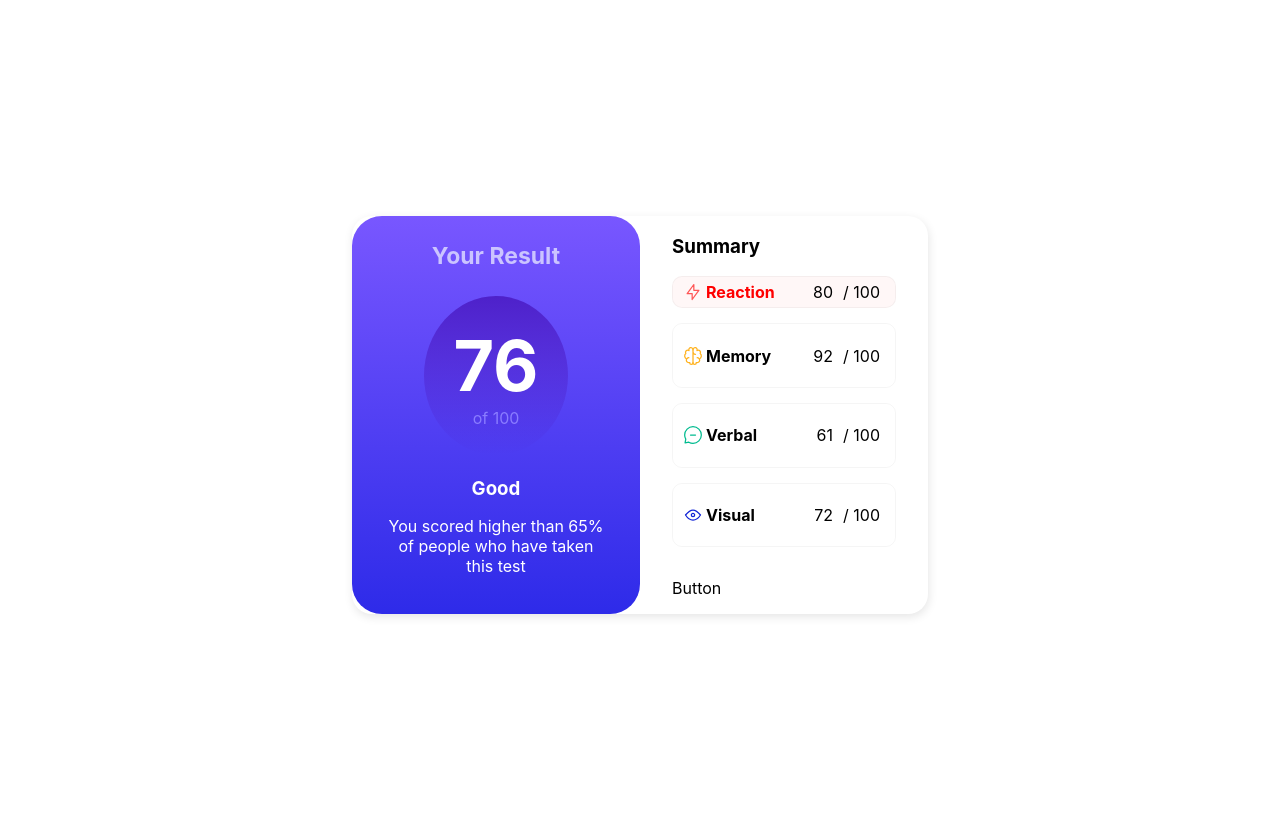
Repository: JeanPaulBassil/Result-Summary-Design
Page: /
An editor plug-in stored every save of this project. The page is shown before and after a run of saves, followed by the edit.
The browser window is 1280 px wide. The pictures show the whole page.
The project was rebuilt for these pictures with package versions that can differ from the ones it lists, and the page was loaded fresh each time.

Above is the page before, as saved 2023-02-24 17:58:42.

After the next 3 saves:
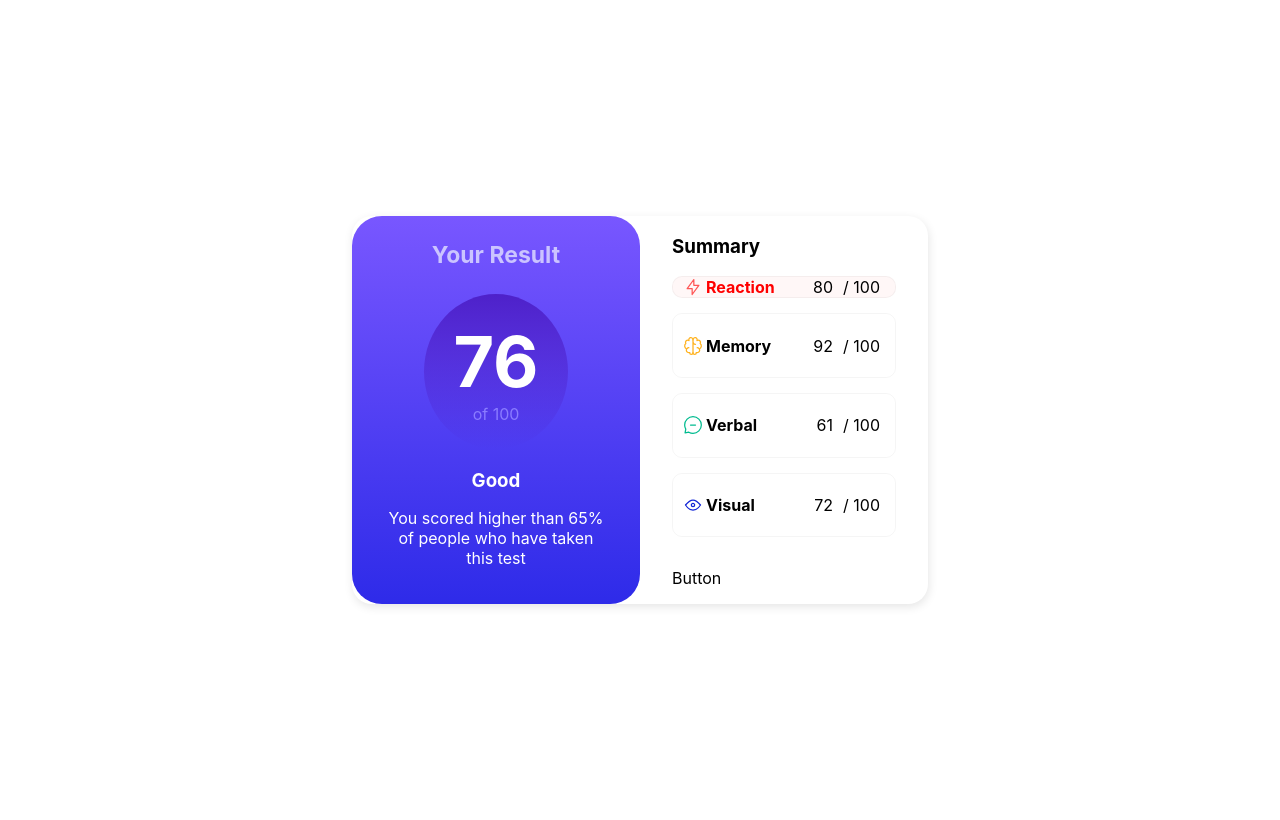
The 3 saves are shown as one change because they came seconds apart.
The last was saved 7 s later.
--- a/src/Components/Summary/Summary.css
+++ b/src/Components/Summary/Summary.css
@@ -30,7 +30,7 @@
 
 .secGrade > p {
     /* display: inline; */
-    margin: 5px
+    margin: 0px 5px
 }
 
 .red {
